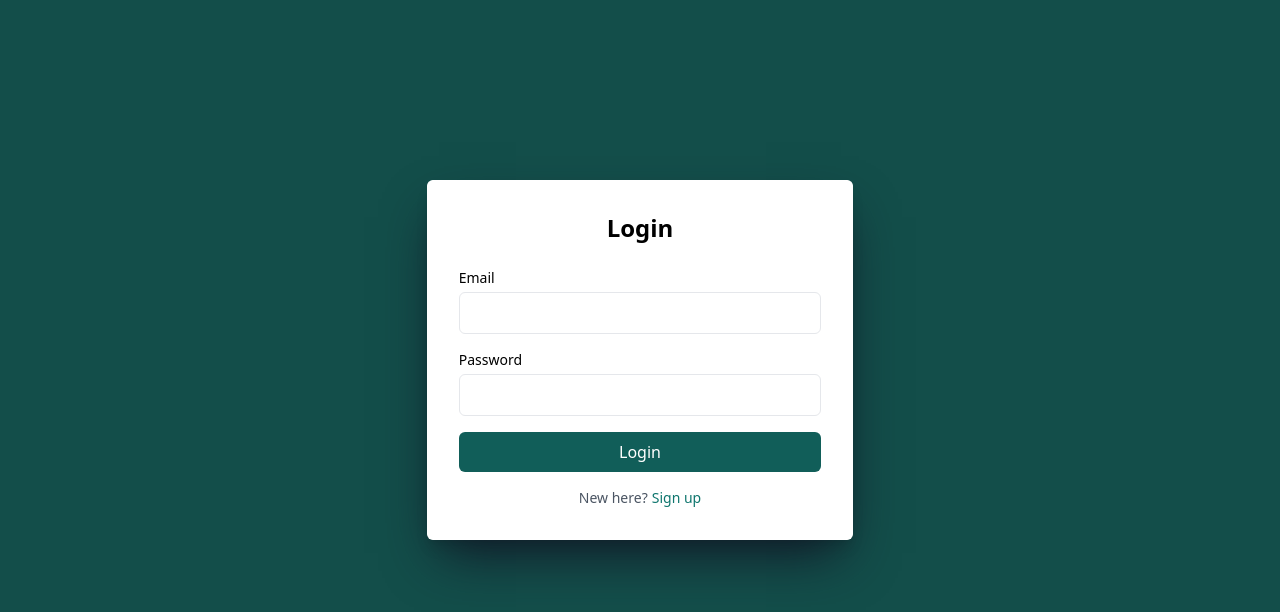
Repository: alizey12/POS-React-website
Page: /
The author's editor kept a copy of each file at every save. The page is drawn from the files as they stood at one save, then again after the next save.
The browser window is 1280 px wide. The pictures show the whole page.
The project was rebuilt for these pictures with package versions that can differ from the ones it lists, and the page was loaded fresh each time. Also part of the build but not shown: vite.config.js, src/navbar.jsx, src/sidebar.jsx, src/Dashboard.jsx.

Above is the page before, as saved 2024-12-31 15:53:43.

After the next save:
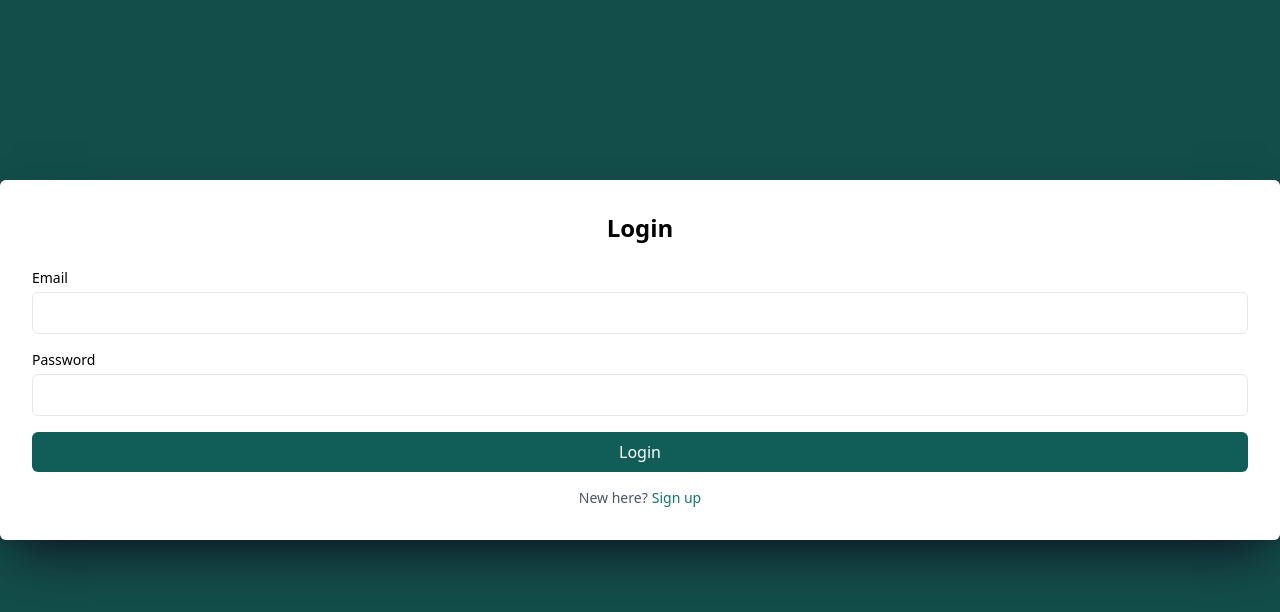
Saved 9 s later.
--- a/src/login.jsx
+++ b/src/login.jsx
@@ -56,7 +56,7 @@
 
   return (
     <div className="flex items-center justify-center min-h-screen bg-teal-900 to-yellow-500">
-      <div className=" bg-white w-1/3 sm:w shadow-lg rounded-lg">
+      <div className=" bg-white w-1/3 sm:w-full shadow-lg rounded-lg">
 
         <div className="w-full bg-white rounded-md shadow-gray-900 shadow-2xl p-8 justify-center">
           <h2 className="text-2xl font-bold text-center ">

After the 5 saves that followed:
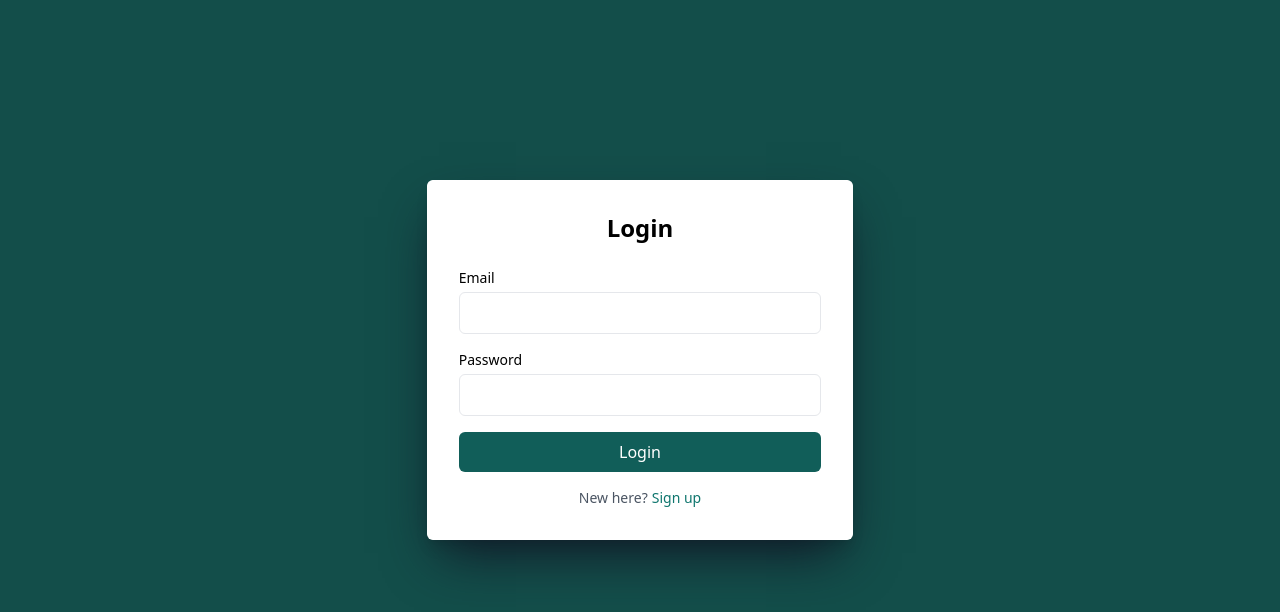
The 5 saves are shown as one change because 2 left the picture as it was and some came seconds apart.
The last was saved 24 s later.
--- a/src/login.jsx
+++ b/src/login.jsx
@@ -56,7 +56,7 @@
 
   return (
     <div className="flex items-center justify-center min-h-screen bg-teal-900 to-yellow-500">
-      <div className=" bg-white w-1/3 sm:w-full shadow-lg rounded-lg">
+      <div className=" bg-white md:w-1/3 sm:w-full shadow-lg rounded-lg">
 
         <div className="w-full bg-white rounded-md shadow-gray-900 shadow-2xl p-8 justify-center">
           <h2 className="text-2xl font-bold text-center ">
